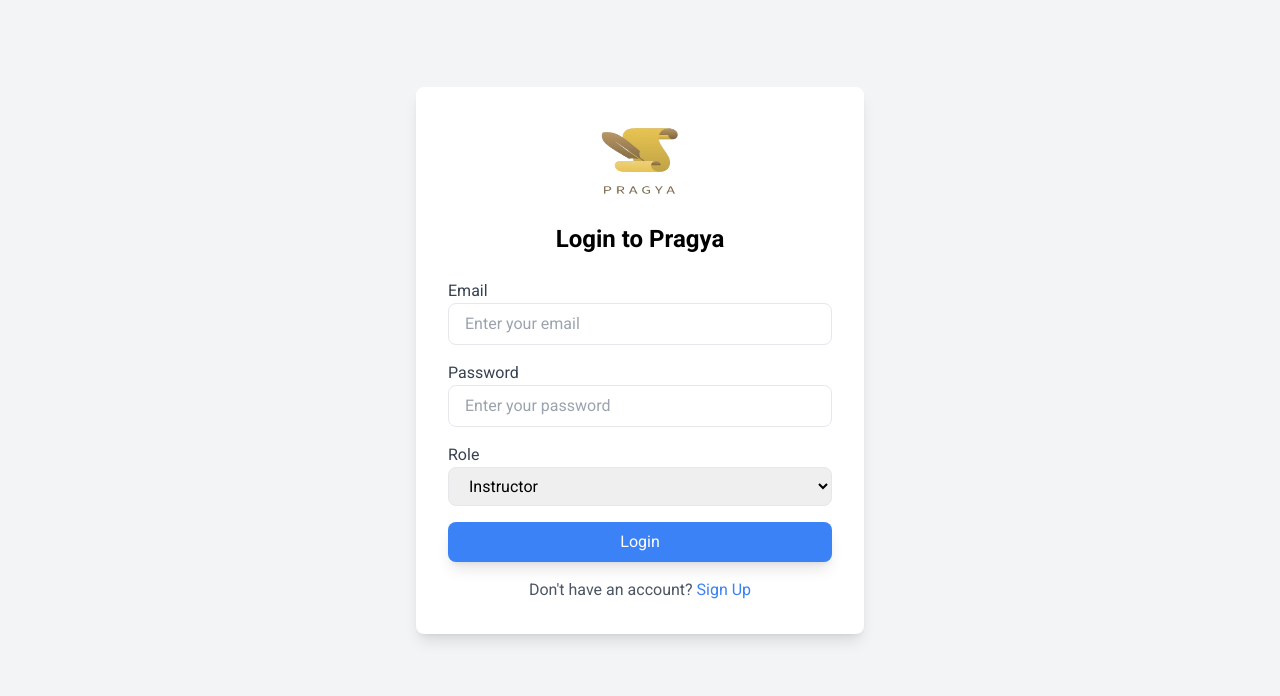
Repository: amii04/Intership_LearningManagementSystem
Page: http://localhost/LMS/login.jsp
An editor plug-in stored every save of this project. The page is shown before and after the next save, followed by the edit.
The browser window is 1280 px wide. The pictures show the whole page.
Some web libraries are served in a nearby version. The page is served by Tomcat 9.

Above is the page before, as saved 2025-03-09 09:47:25.

After the next save:
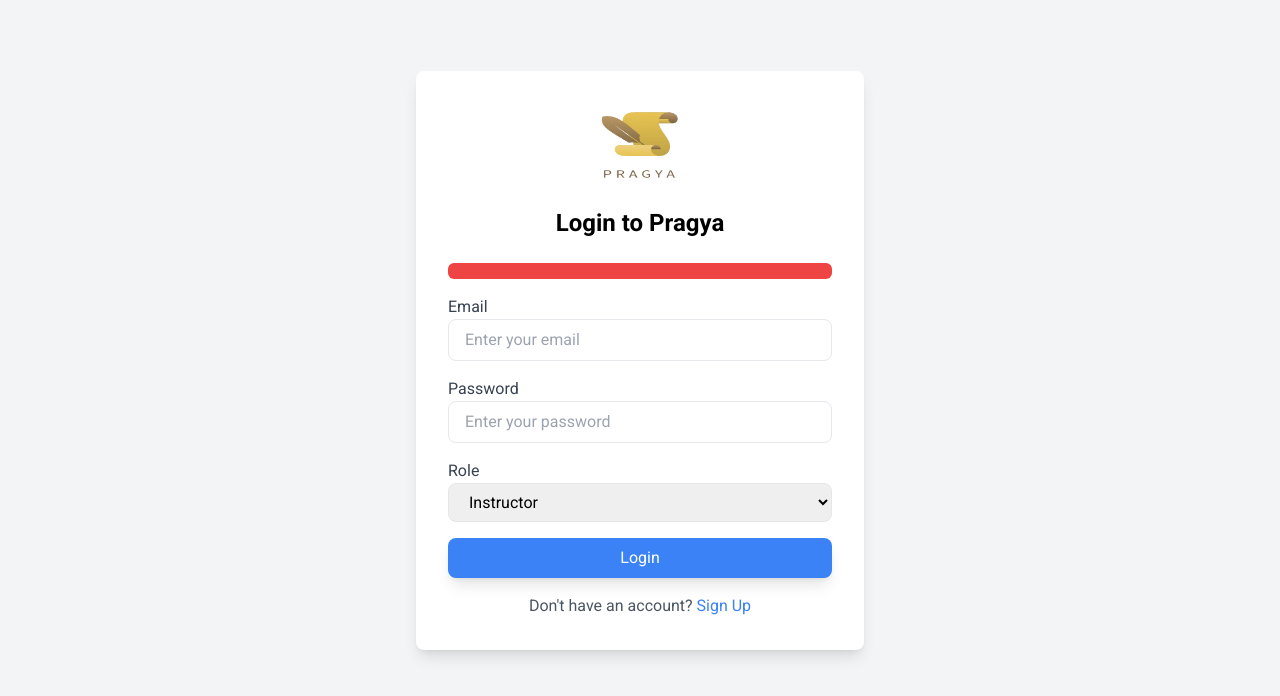
Saved 2 min 32 s later.
--- a/LMS/src/main/webapp/login.jsp
+++ b/LMS/src/main/webapp/login.jsp
@@ -1,5 +1,4 @@
-<%@ page contentType="text/html;charset=UTF-8" language="java" %>
-<%@ taglib uri="http://java.sun.com/jsp/jstl/core" prefix="c" %>
+
 <!DOCTYPE html>
 <html lang="en">
 <head>
